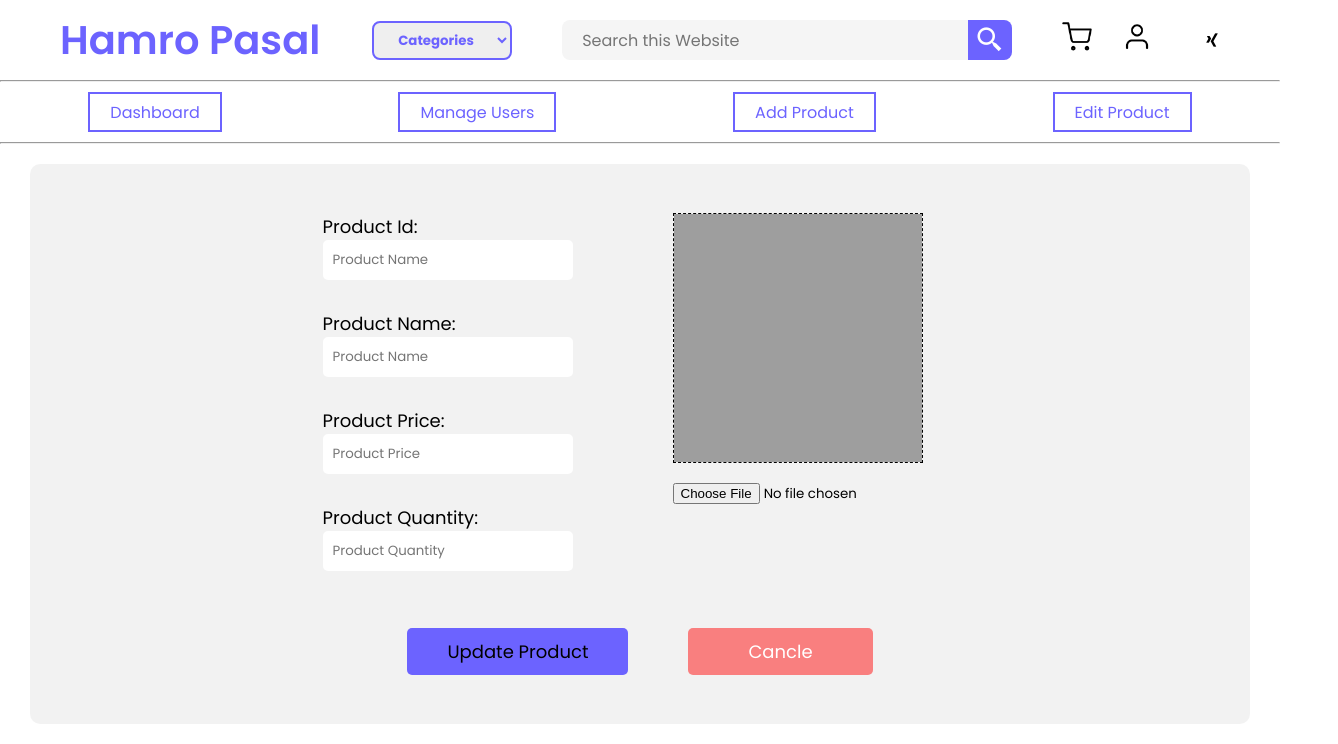
Repository: ScreamingSyntax/HamroPasal
Page: http://localhost/HamroPasal/View/EditProducts.jsp
The author's editor kept a copy of each file at every save. The page is drawn from the files as they stood at one save, then again after the next save.
The browser window is 1280 px wide. The page is 1280 px wide, then 1338 px, so the pictures cover 1338 px, including what lies to the right of the window. The pictures show the whole page.
Pictures or frames that could not be fetched are drawn as grey boxes. Some web fonts or font styles are not loaded; a fallback is used. Some web libraries are served in a nearby version. The page is served by Tomcat 9. Other server files are loaded and not shown. The template is opened directly, without the code that normally fills it, so the values that code supplies are empty.

Above is the page before, as saved 2023-05-08 08:35:09.

### HamroPasal/src/main/webapp/View/EditProducts.jsp
<%@ page language="java" contentType="text/html; charset=ISO-8859-1"
    pageEncoding="ISO-8859-1"%>
<!DOCTYPE html>
<html>
<head>
<meta charset="ISO-8859-1">
<title>Add Product</title>

	<link rel="stylesheet" href="https://unpkg.com/boxicons@latest/css/boxicons.min.css">
    <link rel="stylesheet" href="${pageContext.request.contextPath}/View/CSS/navb.css">
    <link rel="stylesheet" href="${pageContext.request.contextPath}/View/CSS/AddProduct.css">
    <link rel="preconnect" href="https://fonts.googleapis.com">
    <link rel="preconnect" href="https://fonts.gstatic.com" crossorigin>
    <link href="https://fonts.googleapis.com/css2?family=Mochiy+Pop+One&family=Poppins:wght@100;200;300;400;500;600;700;800;900&display=swap" rel="stylesheet">
    <link rel="stylesheet" href="https://cdnjs.cloudflare.com/ajax/libs/font-awesome/6.3.0/css/all.min.css" integrity="sha512-SzlrxWUlpfuzQ+pcUCosxcglQRNAq/DZjVsC0lE40xsADsfeQoEypE+enwcOiGjk/bSuGGKHEyjSoQ1zVisanQ==" crossorigin="anonymous" referrerpolicy="no-referrer" />

</head>
<body>
	<header>
        <span class="logo">Hamro&nbsp;Pasal</span>
        <div class="right">
            <select name="category" id="category">
                <option value="all">Categories</option>
                <option value="shirt">Shirt</option>
                <option value="pants">Pants</option>
                <option value="shoes">Shoes</option>
            </select>
            <form action="" class="search-bar">
                <input type="text" class="search-field" placeholder="Search this Website">
                <input type="submit" id="search">
                <label for="search"><i class='bx bx-search-alt-2'></i></label>
            </form>
            <div class="icons">
                <div class="cart" onclick="cartClicked()">
                    <img src="${pageContext.request.contextPath}/View/Images/shopping-cart.png" alt="">
                </div>
                <div class="profile" onclick="profileClicked()">
                    <img src="${pageContext.request.contextPath}/View/Images/user.png" alt="">
                </div>
            </div>
        </div>
        <div class="profile-section">
        	<div class="top">
                <h1>User Profile</h1>
                <i class='bx bxl-xing' onclick="profileClicked()"></i>
            </div>
        	<% String email = null;
        	if(session.getAttribute("loggedInId") == null){
        	%>
            	<div class="middle">
	                <a href="${pageContext.request.contextPath}/View/AdminLogin.jsp">Login as Admin</a>
                	<a href="${pageContext.request.contextPath}/View/Login.jsp">Login as User</a>
        	<%} else{
        		email = session.getAttribute("loggedInId").toString();
        	%>
        		<h1>You are Logged In as <%= email %></h1>
        		<%if(session.getAttribute("adminEmail") != null){%>
        			<a href="${pageContext.request.contextPath}/index.jsp">Return to Home</a><br/>
        			<a href="${pageContext.request.contextPath}/View/AdminPage.jsp">Admin Page</a><br/>
        		<%}%>

        		<%if(session.getAttribute("adminEmail") == null && session.getAttribute("loggedInId") != null){%>
         			<a href="${pageContext.request.contextPath}/editProfile?email=<%=email%> class="edit-profile-btn">Edit Profile</a><br/>

        		<%}%>

        		<a href="${pageContext.request.contextPath}/logout">Log Out</a>
        	<%} %>
        	</div>
        </div>

        <div class="cart-section">
        	<div class="top">
                <i class='bx bxl-xing' onclick="profileClicked()"></i>
            </div>
        	<div class="middle" id="middle">

            </div>
        	<div class="lower">

        	</div>
        </div>
        <script>
            const profileClicked = () =>{
                const btn = document.querySelector(".profile")
                const mainDiv = document.querySelector(".profile-section")
                const cross = document.querySelector(".profile-section .top i")
                btn.addEventListener("click", ()=>{
                    mainDiv.classList.add("active");
                })
                cross.addEventListener("click", ()=>{
                    mainDiv.classList.remove("active");
                })
            }

            const cartClicked = () =>{
            	<%if(session.getAttribute("adminEmail") == null && session.getAttribute("loggedInId") != null){ %>
                const btn = document.querySelector(".cart")
                const mainDiv = document.querySelector(".cart-section")
                const cross = document.querySelector(".cart-section .top i")
                btn.addEventListener("click", ()=>{
                    mainDiv.classList.add("active");
                })
                cross.addEventListener("click", ()=>{
                    mainDiv.classList.remove("active");
                })


                let cartDisplay = document.getElementById("middle");
				let totalPriceDisp = document.querySelector(".lower .total-price");
                // Create an empty string to store the HTML content
                let cartHtml = "";
				let totalPrice = 0;
                // Loop through the cart object and generate HTML for each item
                cartItems.forEach((item) => {
                  cartHtml += `
                	<div class="item">
  						<img src=/HamroPasal/Images/`+item.image+`?v=${time}/>
  						<span>
  							<h3>`+item.name+`</h3>
	  						<p>Price: Rs. `+item.price+`</p>
	  					</span>
  					</div>
                  `;
                  totalPrice += parseInt(item.price);
                })
                // Set the innerHTML of the cart display element to the generated HTML content
                cartDisplay.innerHTML = cartHtml;
                totalPriceDisp.innerText = totalPrice;
                <%}else{%>
                	window.location.href = "./View/Login.jsp"
                <%}%>
            }

        </script>
    </header>
    <hr>
    <section class="admin-header" style="margin:10px 0">
    	<a href="${pageContext.request.contextPath}/View/AdminPage.jsp">Dashboard</a>
    	<a href="${pageContext.request.contextPath}/manageusers">Manage Users</a>
    	<a href="${pageContext.request.contextPath}/View/AddProduct.jsp">Add Product</a>
    	<a href="${pageContext.request.contextPath}/manageproducts">Edit Product</a>
    </section>
    <hr>

    <div class="add-product-form">
        <form action="updateproductData" method="post" enctype="multipart/form-data">
            <div class="top">
                <div class="left2">
               	 	<span>
                        <label for="prod-name">Product Id:</label><br>
                        <input type="text" placeholder="Product Name" id="prod-name" value="${productDetails.id}" name="product_id" required readonly>
                    </span>
                    <span>
                        <label for="prod-name">Product Name:</label><br>
                        <input type="text" placeholder="Product Name" id="prod-name" value="${productDetails.productName}" name="product_name" required>
                    </span>

                    <span>
                        <label for="prod-price">Product Price:</label><br>
                        <input type="number" placeholder="Product Price" id="prod-price"  value="${productDetails.productPrice}" name='product_price' required>
                    </span>

                    <span>
                        <label for="prod-quantity">Product Quantity:</label><br>
                        <input type="number" placeholder="Product Quantity" id="prod-quantity" value="${productDetails.productQuantity}"  name='product_quantity' required>
                    </span>
                </div>
                <div class="right2">
                    <label for="prod-image" class="img-section">
                        <img src="Images/${productDetails.productImagePath}" alt="Images/${productDetails.productImagePath}" class="showImage">
                    </label>
                    <input type="file" id = "prod-image file" name="image" class="imageChooser" value ="profile-eg.png" onchange="onImageChange()"/>
                </div>
            </div>
            <div class="bottom">
                <button type="submit" value="Add Product">Update Product</button>
                <a href="#">Cancle</a>

            </div>
        </form>
    </div>
    <script>
		function onImageChange(){
			var imageChooser = document.querySelector(".imageChooser");
			var showImage = document.querySelector(".showImage");
			showImage.src = URL.createObjectURL(imageChooser.files[0]);
		}
	</script>
</body>
</html>

### HamroPasal/src/main/webapp/View/CSS/navb.css
@charset "ISO-8859-1";@charset "ISO-8859-1";
*{
    margin: 0;
    padding: 0;
    box-sizing: border-box;
    font-family: 'Poppins', sans-serif;
}
:root{
    --mainColor: #6c63FF;
}
header{
    width: 100%;
    height: 80px;
    display: flex;
    align-items: center;
    justify-content: space-between;
    padding: 0 60px;
}
.logo{
    font-size: 40px;
    font-weight: 600;
    color: var(--mainColor);
}
select{
    border: 2px solid var(--mainColor);
    color: var(--mainColor);
    font-weight: 700;
    border-radius: 8px;
    padding: 7px 20px;
    outline: none;
    cursor: pointer;
}
.search-bar{
    border: none;
    outline: none;
    height: 40px;
    width: 450px;
    border-radius: 8px;
    background-color: #F5F5F5;
    display: flex;
    align-items: center;
    justify-content: space-between;
    overflow: hidden;
}
.search-field{
    border: none;
    outline: none;
    height: 100%;
    width: 100%;
    overflow: hidden;
    background: transparent;
    padding: 0 20px;
    font-size: 16px;
}
input[type="submit"]{
    display: none;
}
.search-bar label{
    width: 50px;
    height: 100%;
    display: flex;
    align-items: center;
    justify-content: center;
    font-size: 30px;
    color: white;
    background-color: var(--mainColor);
    cursor: pointer;
}
.cart img, .profile img{
    width: 30px;
    cursor: pointer;
}
.right{
    display: flex;
    height: 100%;
    align-items: center;
    gap: 50px;
}
.icons{
    height: 100%;
    display: flex;
    align-items: center;
    gap: 30px;
}
.profile-section{
	height: 100vh;
	width: 350px;
	position: fixed;
    right: -100%;
    top: 0;
    background-color: rgb(225, 225, 225);
    padding: 0 30px;
    transition: all 0.7s ease;
}
.profile-section .top{
    display: flex;
    align-items: center;
    justify-content: space-between;
    padding: 15px 0;
    color: var(--mainColor);
}
.profile-section .top h1{
    font-size: 24px;
}
.profile-section .top i{
    font-size: 30px;
    cursor: pointer;
}
.profile-section .middle{
    padding: 20px;
    display: flex;
    flex-direction: column;
    align-items: center;
    justify-content: center;
    gap: 20px;
}
.profile-section .middle a{
    width: 100%;
    border: 2px solid var(--mainColor);
    display: flex;
    align-items: center;
    justify-content: center;
    padding: 10px 0;
    text-decoration: none;
    color: var(--mainColor);
}
.profile-section .middle a:hover{
    background-color: var(--mainColor);
    color: white;
}
.profile-section.active{
    right: 0;
}

### HamroPasal/src/main/webapp/View/CSS/AddProduct.css
*{
    margin: 0;
    padding: 0;
    box-sizing: border-box;
    font-family: 'Poppins', sans-serif;
}
:root{
    --mainColor: #6c63FF;
}
.admin-header{
	width: 100%;
    height: 40px;
	display: flex;
	justify-content: space-around;
}
.admin-header a{
	border: 2px solid var(--mainColor);
	padding: 10px 20px;
	display: flex;
	align-items: center;
	justify-content: center;
	color: var(--mainColor);
	text-decoration: none;
}

.add-product-form{
    width: 100%;
    height: calc(100vh - 120px);
    position: absolute;
    padding: 20px 30px;
}
.add-product-form form{
    background-color: rgba(0,0,0,0.05);
    width: 100%;
    height: 100%;
    border-radius: 10px;
    padding: 20px 30px;
    display: flex;
    justify-content: space-around;
    align-items: center;
    flex-direction: column;
}
.top{
    display: flex;
    gap: 100px;
}
.left2{
    display: flex;
    gap: 30px;
    flex-direction: column;
}
.left2 label{
    font-size: 18px;
}
.left2 input{
    width: 250px;
    height: 40px;
    border-radius: 5px;
    border: none;
    outline: none;
    padding: 0 10px;
}
.right2{
    display: flex;
    flex-direction: column;
    gap: 20px;
}
.img-section{
    width: 250px;
    height: 250px;
    border: 1px dashed black;
}
.img-section img{
	width: 100%;
	height: 100%;
}
.bottom{
    display: flex;
    gap: 60px;
}
.bottom button,.bottom a{
    border: none;
    outline: none;
    font-size: 18px;
    text-decoration: none;
    border-radius: 5px;
    cursot: pointer;
}
.bottom button{
    padding: 10px 40px;
    background-color: var(--mainColor);
}
.bottom a{
    padding: 10px 60px;
    background-color: rgba(255, 0, 0, 0.479);
    color: white;
}

After the next save:
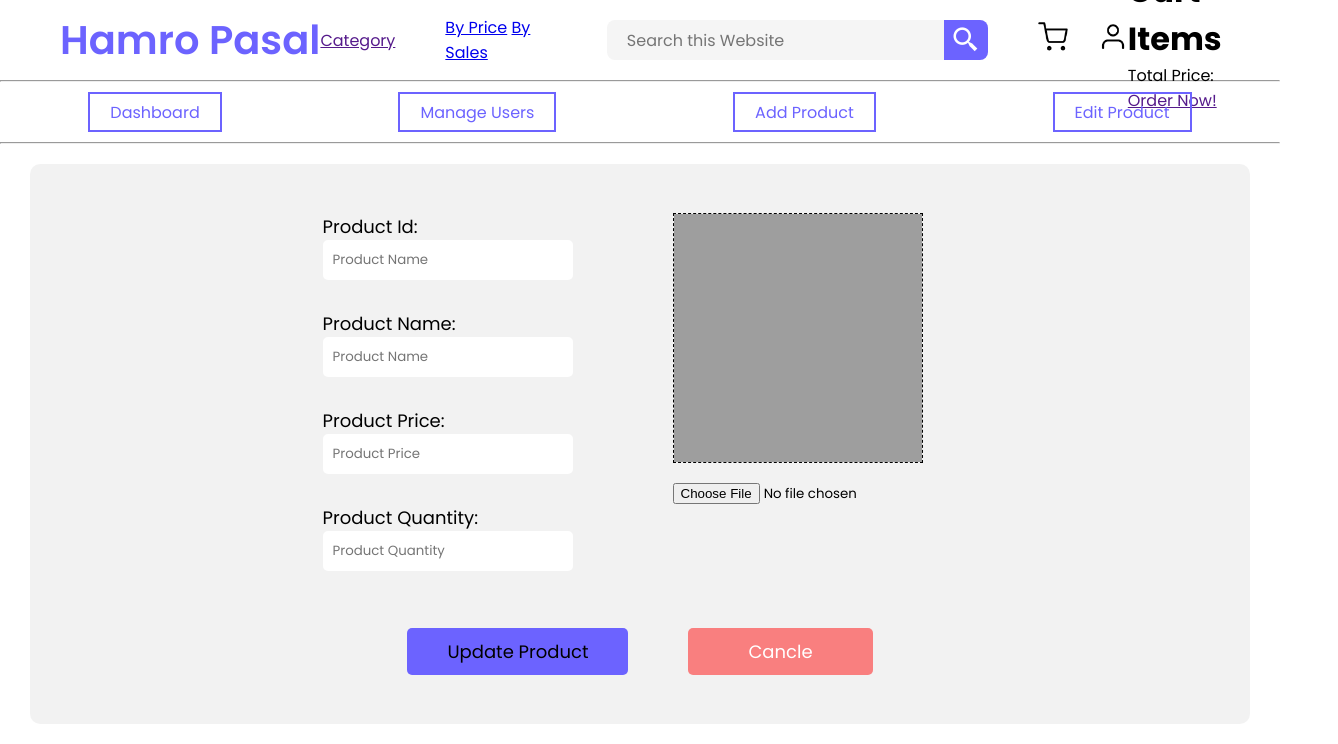
Saved 28 s later.
--- a/HamroPasal/src/main/webapp/View/EditProducts.jsp
+++ b/HamroPasal/src/main/webapp/View/EditProducts.jsp
@@ -19,17 +19,38 @@
 	<header>
         <span class="logo">Hamro&nbsp;Pasal</span>
         <div class="right">
-            <select name="category" id="category">
-                <option value="all">Categories</option>
-                <option value="shirt">Shirt</option>
-                <option value="pants">Pants</option>
-                <option value="shoes">Shoes</option>
-            </select>
-            <form action="" class="search-bar">
-                <input type="text" class="search-field" placeholder="Search this Website">
+        	<a href="" class="dropbtn section">Category</a>
+        	<div class="dropdown-content">
+          		<a href="./category?by=price">By Price</a>
+          		<a href="./category?by=sale">By Sales</a>
+        	</div>
+
+            <script>
+    			const select = document.querySelector(".dropbtn")
+    			const option = document.querySelector(".dropdown-content")
+
+		    	select.addEventListener("mouseenter", ()=>{
+    				option.style.display = "block";
+    				option.style.top="80px";
+    				option.style.opacity = "1";
+    			})
+    			option.addEventListener("mouseleave", ()=>{
+    				option.style.top="-20%";
+    				option.style.opacity = "0";
+    			})
+			</script>
+
+            <form action="${pageContext.request.contextPath}/search" class="search-bar">
+                <input type="text" name = "item-name" class="search-field" placeholder="Search this Website" onclick="searchClicked()">
                 <input type="submit" id="search">
                 <label for="search"><i class='bx bx-search-alt-2'></i></label>
             </form>
+            <script>
+            	const searchClicked = ()=>{
+            		document.querySelector(".search-result").style.top="70px";
+            		document.querySelector(".search-result").style.opacity="1";
+            	}
+            </script>
             <div class="icons">
                 <div class="cart" onclick="cartClicked()">
                     <img src="${pageContext.request.contextPath}/View/Images/shopping-cart.png" alt="">
@@ -71,13 +92,15 @@
 
         <div class="cart-section">
         	<div class="top">
+                <h1>Cart Items</h1>
                 <i class='bx bxl-xing' onclick="profileClicked()"></i>
             </div>
         	<div class="middle" id="middle">
 
             </div>
         	<div class="lower">
-
+        		<span><p class="index">Total Price: </p><p class="total-price"></p></span>
+        		<a href="" id = "order" onclick="clicked()">Order Now!</a>
         	</div>
         </div>
         <script>
@@ -124,12 +147,15 @@
                   `;
                   totalPrice += parseInt(item.price);
                 })
+
+
                 // Set the innerHTML of the cart display element to the generated HTML content
                 cartDisplay.innerHTML = cartHtml;
                 totalPriceDisp.innerText = totalPrice;
                 <%}else{%>
                 	window.location.href = "./View/Login.jsp"
                 <%}%>
+
             }
 
         </script>
